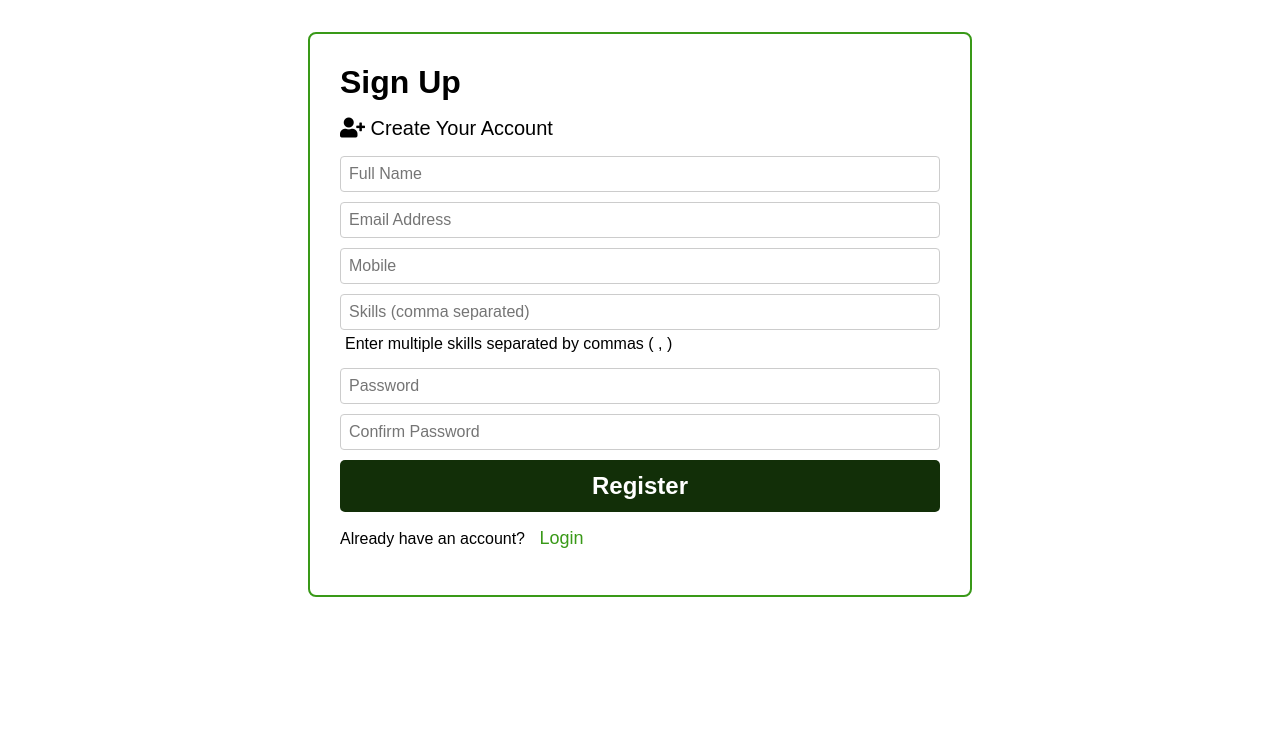
Repository: sayyad-mukthumsa-123/DevMania
Page: /register (app in frontend/)
These files come from the project's save history. The page is drawn as it stood at one moment and after the next save; the edit follows.
The browser window is 1280 px wide. The pictures show the whole page.
The pointer rests on the first visible `.btn`.
The project was rebuilt for these pictures with package versions that can differ from the ones it lists, and the page was loaded fresh each time. Also part of the build but not shown: frontend/src/pages/Home.js, frontend/src/pages/login.js, frontend/src/pages/Allprofiles.js, frontend/src/pages/MyProfile.js, frontend/src/pages/Indprofile.js.

Above is the page before, as saved 2025-03-01 00:04:33.

### frontend/public/index.html
<!-- public/index.html -->
<!DOCTYPE html>
<html lang="en">
<head>
  <meta charset="UTF-8">
  <meta name="viewport" content="width=device-width, initial-scale=1.0">
  <title>Developers Hub</title>
  <link rel="stylesheet" href="https://cdnjs.cloudflare.com/ajax/libs/font-awesome/5.15.3/css/all.min.css">
</head>
<body>
  <div id="root"></div>
</body>
</html>

### frontend/src/App.js
import React from 'react'
import {BrowserRouter,Route,Routes} from 'react-router-dom'
import Home from './pages/Home'
import Login from './pages/login'
import Register from './pages/register'
import Allprofiles from './pages/Allprofiles'
import MyProfile from './pages/MyProfile'
import Indprofile from './pages/Indprofile'

const App = () => {
  return (
    <div>

      <BrowserRouter>
      <Routes>
        <Route path='/' exact Component={Home}/>
        <Route path='/login' exact Component={Login}/>
        <Route path='/register' exact Component={Register}/>
        <Route path='/allprofiles' exact Component={Allprofiles}/>
        <Route path='/myprofile' exact Component={MyProfile}/>
        <Route path='/indprofile/:fullname/:email/:skill/:id' exact Component={Indprofile}/>
      </Routes>
      </BrowserRouter>
    </div>
  )
}

export default App

### frontend/src/pages/register.js
import React, { useState } from 'react';
import { Link, useNavigate } from 'react-router-dom';
import axios from 'axios';
import '../styles/styles.css';

const Register = () => {
    const [formData, setFormData] = useState({
        fullname: '',
        email: '',
        mobile: '',
        skill: '',
        password: '',
        confirmPassword: ''
    });

    const navigate = useNavigate();

    const handleChange = e => {
        setFormData({ ...formData, [e.target.name]: e.target.value });
    };

    const handleSubmit = async e => {
        e.preventDefault();

        if (formData.password !== formData.confirmPassword) {
            alert("Passwords do not match");
            return;
        }

        try {
            const response = await axios.post('http://localhost:5000/register', formData, {
                headers: {
                    'Content-Type': 'application/json',
                }
            });

            if (response.status === 200) {
                console.log('Success:', response.data);
                alert('Registration successful! Please log in.');
                navigate('/login');
            } else {
                console.error('Error:', response.statusText);
            }
        } catch (error) {
            console.error('Error:', error);
        }
    };

    return (
        <div>
            <section className="container">
                <h1 className='large'>Sign Up</h1>
                <p className='lead'><i className="fas fa-user-plus"></i> Create Your Account</p>
                <form className='form' onSubmit={handleSubmit} autoComplete='off'>
                    <div className='form-group'>
                        <input
                            type='text'
                            placeholder='Full Name'
                            name="fullname"
                            value={formData.fullname}
                            onChange={handleChange}
                            required
                        />
                    </div>
                    <div className='form-group'>
                        <input
                            type='email'
                            placeholder='Email Address'
                            name="email"
                            value={formData.email}
                            onChange={handleChange}
                            required
                        />
                    </div>
                    <div className='form-group'>
                        <input
                            type='text'
                            placeholder='Mobile'
                            name="mobile"
                            value={formData.mobile}
                            onChange={handleChange}
                            required
                        />
                    </div>
                    <div className='form-group'>
                        <input
                            type='text'
                            placeholder='Skills (comma separated)'
                            name="skill"
                            value={formData.skill}
                            onChange={handleChange}
                            required
                        />
                        <p className='form-text'>Enter multiple skills separated by commas ( , )</p>
                    </div>
                    <div className='form-group'>
                        <input
                            type='password'
                            placeholder='Password'
                            name="password"
                            value={formData.password}
                            onChange={handleChange}
                            minLength='6'
                            required
                        />
                    </div>
                    <div className='form-group'>
                        <input
                            type='password'
                            placeholder='Confirm Password'
                            name="confirmPassword"
                            value={formData.confirmPassword}
                            onChange={handleChange}
                            minLength='6'
                            required
                        />
                    </div>
                    <input type='submit' className='btn' value="Register" />
                </form>
                <p className="text">
                    Already have an account? <Link to="/login" className='link-auth'>Login</Link>
                </p>
            </section>
        </div>
    );
}

export default Register;

### frontend/src/styles/styles.css
/* General reset */
body, html {
  margin: 0;
  padding: 0;
  font-family: Arial, sans-serif;
  width: 100%;
  min-height: 100vh;

}

/* Navbar styles */
.navbar {
  display: flex;
  justify-content: space-between;
  align-items: center;
  padding: 4px;
  font-size: x-large;
  background-color: #22580f
}

.navbar h1 a {
  color: #ffffff;
  text-decoration: none;
}

.navbar ul {
  list-style: none;
  display: flex;
  margin: 0;
  padding: 10px;
  font-size: larger;
}
.navbar ul li
{
  padding: 10px;
  transition: all 0.3s ease;
}
.navbar ul li:hover
{
  transform: scale(1.2);
}
.navbar ul li {
  margin-left: 1rem;
}

.navbar ul li a {
  color: #ffffff;
  text-decoration: none;
}

/* Landing page styles */
/* .landing {
  height: 100%;
  display: flex;
  align-items: center;
  justify-content: center;
  color: black;
  position: relative;
}

.dark-overlay {
  position: absolute;
  top: 0;
  left: 0;
  right: 0;
  bottom: 0;
}

.landing-inner {
  text-align: center;
  z-index: 2;
  position: relative;
}

.x-large {
  font-size: 4rem;
}

.lead {
  font-size: 1.5rem;
  margin-bottom: 2rem;
  color: black;
}

.buttons .btn ,.btn{
  margin: 3rem 2rem;
  padding: 0.75rem 1.25rem;
  border: none;
  border-radius: 5px;
  cursor: pointer;
  text-decoration: none;
  font-size: x-large;
  background-color:#399918 ;
  color: #ffffff;
}


.btn-auth {
  transition: all 0.3s ease;
}
.btn-auth:hover
{
  transform: scale(1.1);
} */

.landing {
  height: 100vh;
  display: flex;
  align-items: center;
  justify-content: center;
  color: white;
  position: relative;
  background: url('../images/home.png') no-repeat center center/cover;
  text-align: center;
  flex-direction: column;
}

.dark-overlay {
  position: absolute;
  top: 0;
  left: 0;
  right: 0;
  bottom: 0;
  background: rgba(0, 0, 0, 0.6); /* Adds a dark overlay for better text visibility */
  display: flex;
  flex-direction: column;
  justify-content: center;
  align-items: center;
}

.landing-inner {
  text-align: center;
  z-index: 2;
  position: relative;
  padding: 2rem;
  max-width: 800px;
}

.x-large {
  font-size: 4rem;
  font-weight: bold;
}

.lead {
  font-size: 1.5rem;
  margin-bottom: 2rem;
}

.buttons {
  display: flex;
  justify-content: center;
  gap: 1.5rem;
}

.btn, .btn-auth {
  width: auto;
  padding: 0.75rem 1.5rem;
  border: none;
  border-radius: 8px;
  cursor: pointer;
  text-decoration: none;
  font-size: 1.25rem;
  font-weight: bold;
  background-color: #399918;
  color: #ffffff;
  transition: all 0.3s ease;
}

.btn:hover,.btn-auth:hover {
  background-color:#122f08;
  transition: all;
}

/* Ensure Navbar stays at the top */
.navbar {
  position: absolute;
  top: 0;
  left: 0;
  width: 100%;
  z-index: 3;
}


/* Container styles */
.container {
  width: 600px;
  margin: 2rem auto;
  padding: 30px;
  border: 2px solid #399918;
  color: black;
  border-radius: 8px;
  position: relative; /* To ensure proper z-index handling */
  z-index: 1; /* Ensures the container is above any background effects */
}

/* Form styles */
.form {


  display: flex;
  flex-direction: column;
}

.form-group {
  margin-bottom: 1.5rem;
}

.form-text
{
  margin:5px !important;
}
/* .form-group input {
  width: 10%;
  padding: 0.75rem;
  font-size: 1rem;
  border: 1px solid black;
  border-radius: 5px;
  transition: border-color 0.3s ease-in-out, box-shadow 0.3s ease-in-out;
} */

.form-group input:focus {
  border-color: #f6f7f9;
  box-shadow: 0 0 8px rgba(0, 123, 255, 0.3);
  outline: none;
}

.btn {
  display: inline-block;
  padding: 0.75rem 1.5rem;
  border: none;
  border-radius: 5px;
  cursor: pointer;
  text-decoration: none;
  font-size: 1.5rem;
  text-align: center;
}

/* .btn-primary {
  background-color: #007bff;
  color: #ffffff;
}

.btn-primary:hover {
  background-color: #0056b3;
  opacity: 0.9;
} */

/* .text-primary {
  color: #f6f8fb;
} */

.large {
  margin: 0 !important;
  font-size: 2rem;
  margin-bottom: 1rem;
}

.lead {
  font-size: 1.25rem;
  margin-bottom: 1rem;
}

.error {
  color: red;
  margin-top: 1rem;
}

p {
  margin-top: 1rem;
}
.link-auth{
  color:#399918;
  text-decoration: none;
  cursor: pointer;
  padding-left:10px ;
  transition: all 0.3s ease;
  display: inline-block;
  font-size: large;
}
.link-auth:hover
{
  transform: scale(1.3);
}
/* Profiles styles */
.profiles {
  display: flex;
  flex-direction: column;
  gap: 1rem;
}

.profile {
  background-color: #f4f4f4;
  padding: 1rem;
  display: flex;
  align-items: center;
  border: 1px solid #ccc;
  box-shadow: 0 4px 8px rgba(0, 0, 0, 0.1);
  border-radius: 5px;
  margin-bottom: 1rem;
}

.profile .round-img {
  width: 100px;
  border-radius: 50%;
  margin-right: 1rem;
}

.profile-info {
  flex: 1;
}

.profile-info h2 {
  margin: 0 0 0.5rem 0;
}

.profile-info p {
  margin: 0.5rem 0;
}

.profile-info .btn {
  display: inline-block;
  background-color:#399918;
  color: #fff;
  padding: 0.5rem 1rem;
  text-decoration: none;
  border-radius: 0.25rem;
  margin-top: 0.5rem;
  transition: all 0.3s ease;
}

.profile-info .btn:hover {
  transform: scale(1.1);
  background-color:#399918;
}

.profile-skills {
  list-style: none;
  padding: 0;
  display: flex;
  flex-direction: column;
  gap: 0.5rem;
  margin-left: 1rem;
  color: black;
}

.profile-skills li {
  display: flex;
  align-items: center;
  color:greenyellow;
}

.profile-skills li i {
  margin-right: 0.5rem;
}

/* GitHub Section */
.profile-github {
  margin-top: 1rem;
}

.profile-github h2 {
  margin-bottom: 1rem;
}

.repo {
  background: #fff;
  padding: 1rem;
  margin-bottom: 1rem;
  border: 1px solid #ccc;
}

.repo h4 {
  margin: 0.5rem 0;
}

.repo p {
  margin: 0.5rem 0;
}

/* Form */
.form {
  margin-top: 1rem;
}

.form-group {
  margin-bottom: 10px;
}

.form-group input {
  width:97%;
  padding: 0.5rem;
  border: 1px solid #ccc;
  border-radius: 0.25rem;
  font-size: 1rem;
}

.form-group input:focus {
  border-color: #007bff;
  outline: none;
}

/* .btn-primary {
  background: #007bff;
  color: #fff;
  border: none;
  padding: 0.5rem 1rem;
  cursor: pointer;
}

.btn-primary:hover {
  background: #0056b3;
} */

/* Profile Grid */
.profile-grid {
  display: grid;
  grid-template-columns: 1fr;
  grid-gap: 1rem;
  margin-top: 1rem;
}

.profile-top {
  background: #0a0a0a;
  color: #fff;
  padding: 1rem;
  text-align: center;
}

.profile-top img {
  width: 150px;
  border-radius: 50%;
}

.profile-top h1 {
  margin: 0.5rem 0;
}

.profile-top p {
  margin: 0.5rem 0;
}
a{
  color:aqua
}
 .white-text {
  color: black;
}
 .skill-text {
  /* background-color: #5e585c16;  */
  color: #c51414;
  padding: 10px 15px;
  border-radius: 5px;
  display: flex;
  align-items: center;
  font-size: 16px;
  margin-top: 2px;
  /* box-shadow: 0 2px 4px rgba(0, 0, 0, 0.1);  */
}


.skill-text i {
  color: #28a745;
  margin-right: 30px;
}
.taskprovider
{
  color:#28a745;
  text-decoration: none;
  font-size: xx-large;
}

Loaded but not shown: frontend/src/index.js (common file); frontend/src/index.css (common file); frontend/src/reportWebVitals.js (common file)

After the next save:
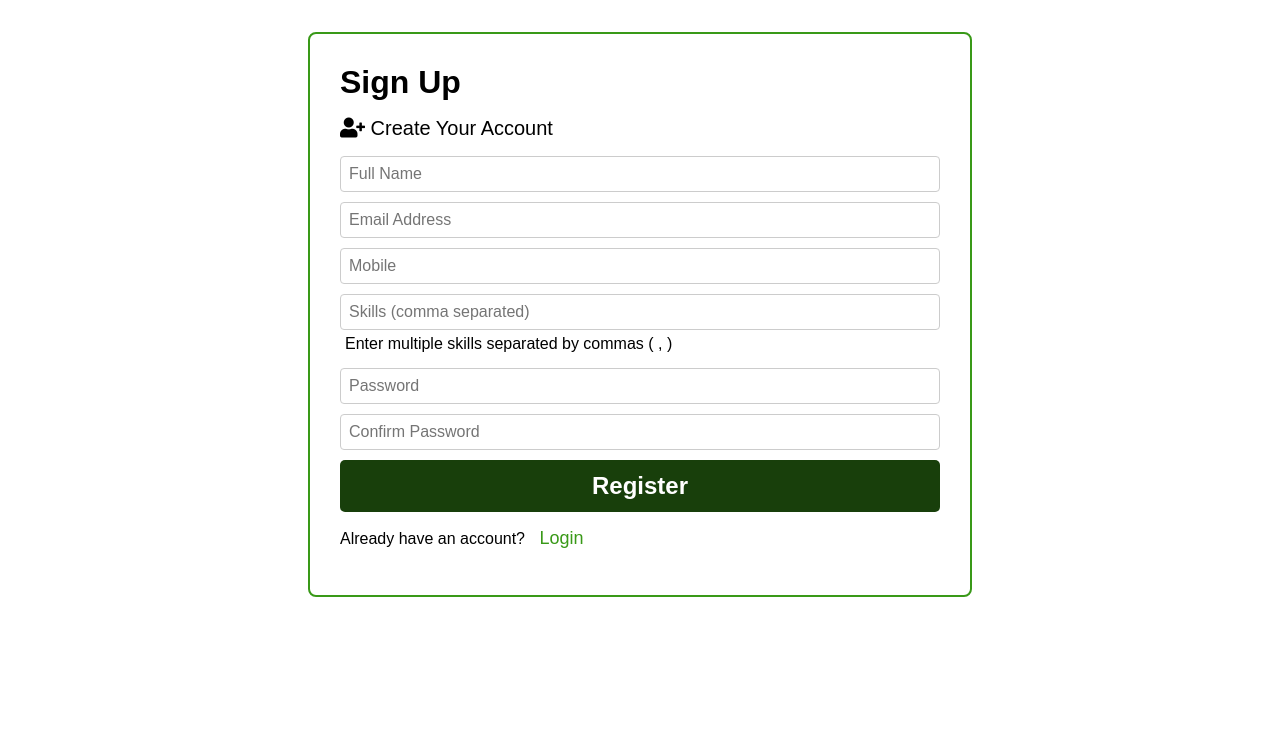
Saved 6 s later.
--- a/frontend/src/styles/styles.css
+++ b/frontend/src/styles/styles.css
@@ -167,7 +167,7 @@ body, html {
 }
 
 .btn:hover,.btn-auth:hover {
-  background-color:#122f08;
+  background-color:#183f0b;
   transition: all;
 }
 
